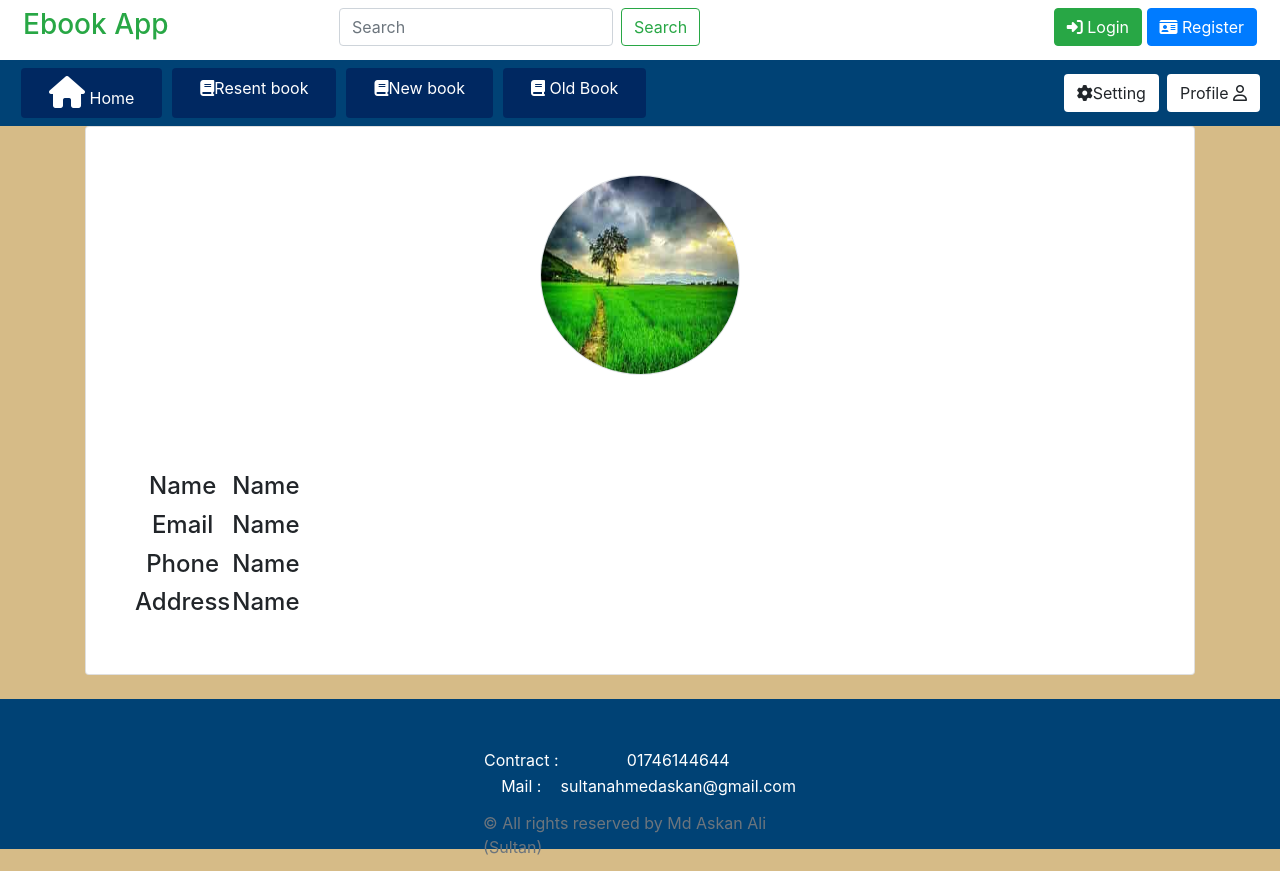
Repository: sultanaskan/EbookApp
Page: http://localhost/ebook/profile.jsp
The author's editor kept a copy of each file at every save. The page is drawn from the files as they stood at one save, then again after the next save.
The browser window is 1280 px wide. The pictures show the whole page.
The page is served by Tomcat 9.

Above is the page before, as saved 2024-05-06 08:07:49.

After the next save:
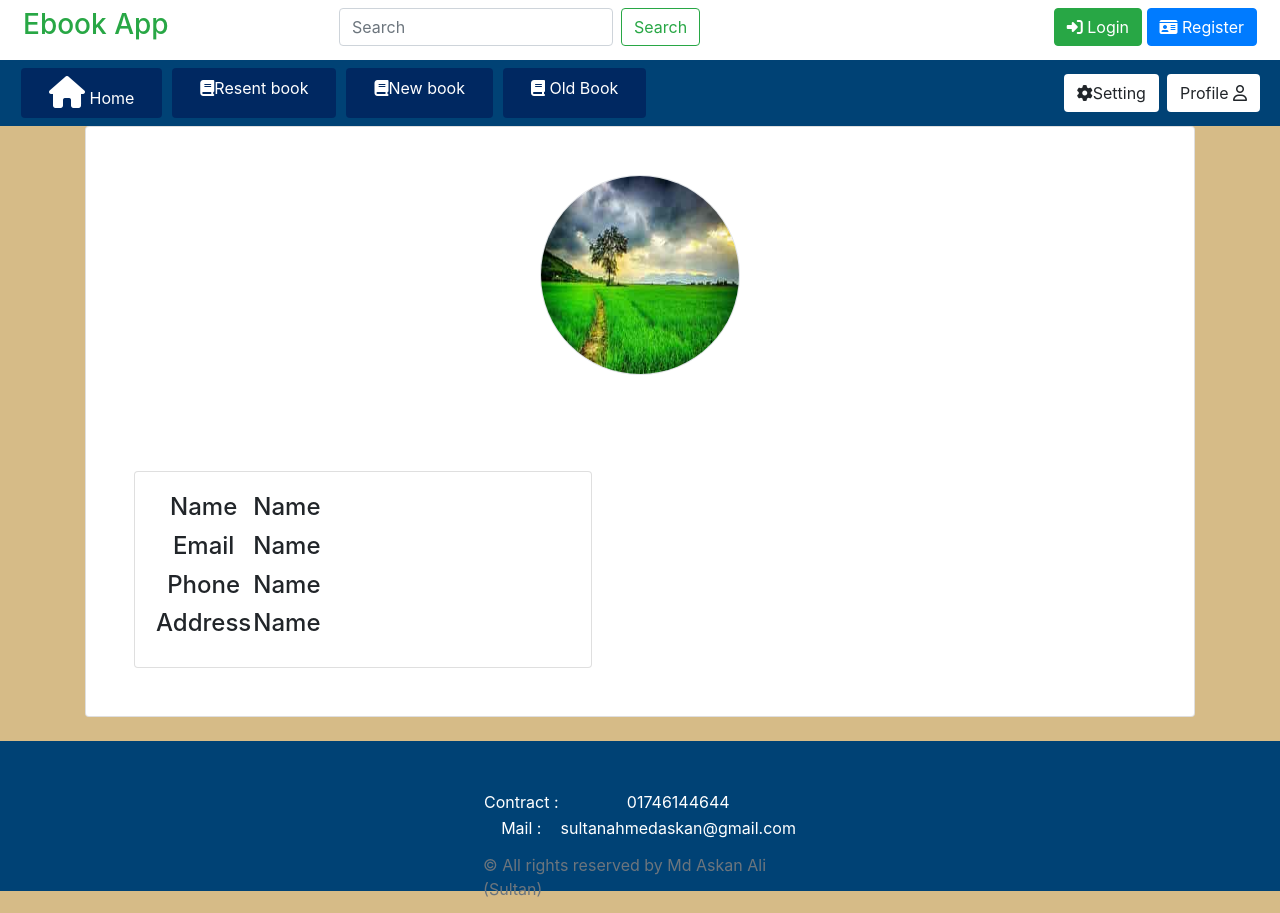
Saved 66 s later.
--- a/ebook/src/main/webapp/profile.jsp
+++ b/ebook/src/main/webapp/profile.jsp
@@ -31,25 +31,31 @@
 
 			</div>
 
-			<div class="text-center col-6 p-5 justify-content-center align-item-center">
-				<table class="p-5">
-					<tr>
-						<td><h4>Name</h4></td>
-						<td><h4>Name</h4></td>
-					</tr>
-					<tr>
-						<td><h4>Email</h4></td>
-						<td><h4>Name</h4></td>
-					</tr>
-					<tr>
-						<td><h4>Phone</h4></td>
-						<td><h4>Name</h4></td>
-					</tr>
-					<tr>
-						<td><h4>Address</h4></td>
-						<td><h4>Name</h4></td>
-					</tr>
-				</table>
+			<div
+				class="text-center col-6 p-5 justify-content-center align-item-center">
+
+				<div class="card">
+					<div class="card-body">
+						<table class="p-5">
+							<tr>
+								<td><h4>Name</h4></td>
+								<td><h4>Name</h4></td>
+							</tr>
+							<tr>
+								<td><h4>Email</h4></td>
+								<td><h4>Name</h4></td>
+							</tr>
+							<tr>
+								<td><h4>Phone</h4></td>
+								<td><h4>Name</h4></td>
+							</tr>
+							<tr>
+								<td><h4>Address</h4></td>
+								<td><h4>Name</h4></td>
+							</tr>
+						</table>
+					</div>
+				</div>
 			</div>
 
 
